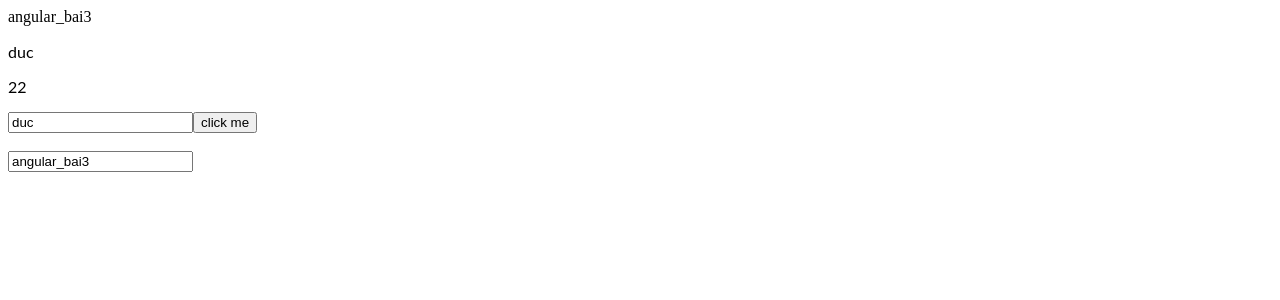
Repository: leduc24/baitap-angular100day
Page: / (app in angular_bai3/)
The author's editor kept a copy of each file at every save. The page is drawn from the files as they stood at one save, then again after the next save.
The browser window is 1280 px wide. The pictures show the whole page.
The project was rebuilt for these pictures with package versions that can differ from the ones it lists, and the page was loaded fresh each time. Also part of the build but not shown: angular_bai3/angular.json, angular_bai3/src/app/hello.component.ts.

Above is the page before, as saved 2022-07-04 12:33:51.

After the next save:
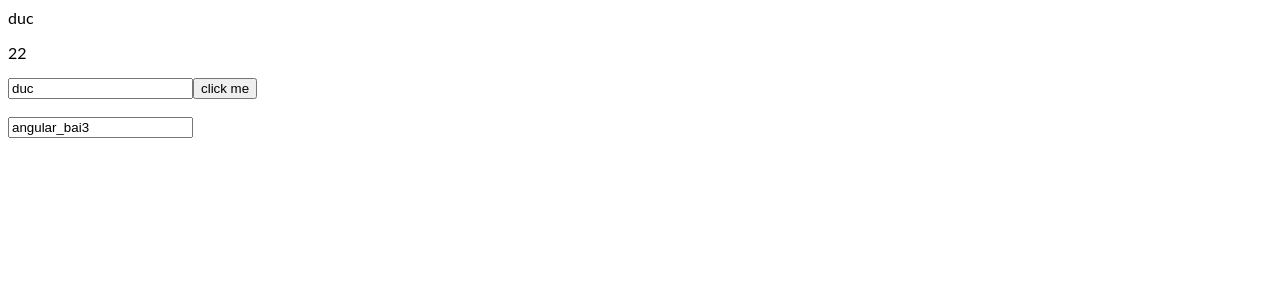
Saved 7 h 44 min later.
--- a/angular_bai3/src/app/app.component.html
+++ b/angular_bai3/src/app/app.component.html
@@ -1,5 +1,5 @@
 
-{{name}}
+
 
 
 <p> {{ user.name}}</p>
